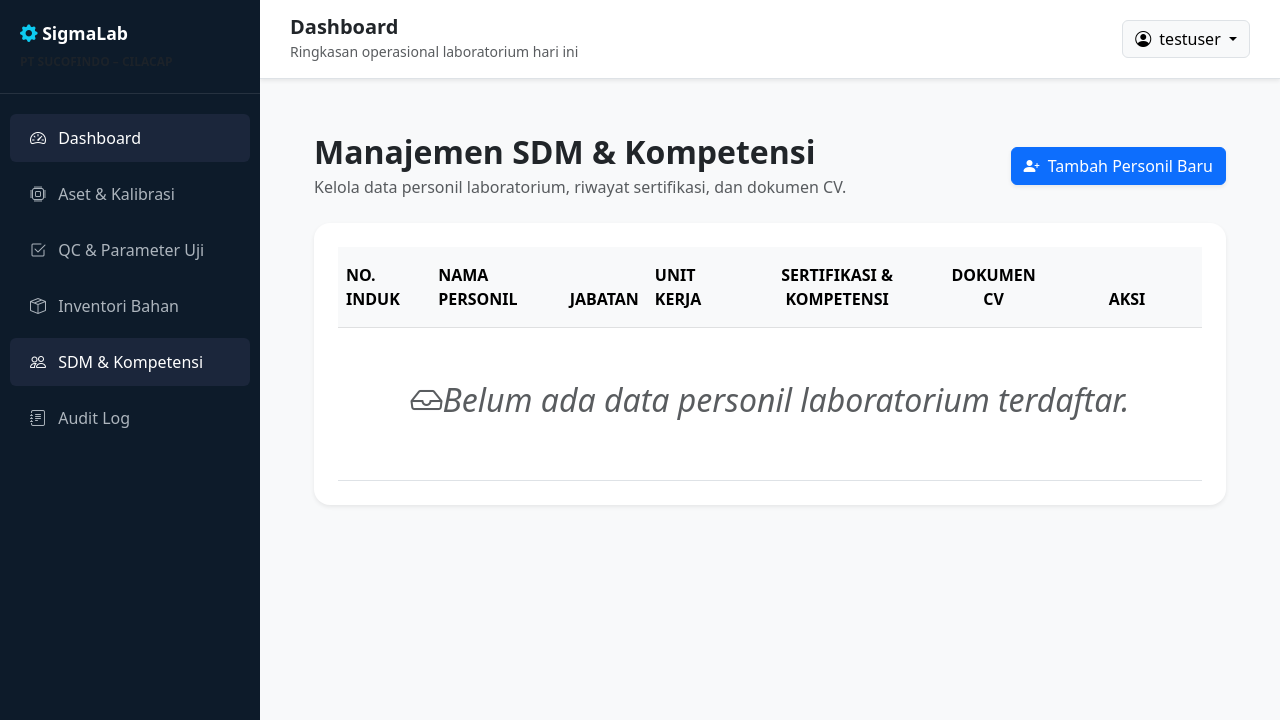
Repository: amelianeesa/sigmalab
Page: http://localhost/sdm?status=nonaktif
These files come from the project's save history. The page is drawn as it stood at one moment and after the next save; the edit follows.
The browser window is 1280 px wide. The pictures show the whole page.
The page is served by the project's Laravel application, run on PHP 8.4 with Laravel 12. A made-up administrator, Test User (test@example.com), is signed in. Other server files are loaded and not shown. Queries for data that is not in the repository find no rows.

Above is the page before, as saved 2026-08-05 14:07:13.

### routes/web.php
<?php

use Illuminate\Support\Facades\Route;
use App\Http\Controllers\AuthController;
use App\Http\Controllers\SdmController;

Route::get('/', [AuthController::class, 'showLogin']);
Route::get('/login', [AuthController::class, 'showLogin'])->name('login');
Route::post('/login', [AuthController::class, 'processLogin'])->name('login.process');

Route::get('/register', [AuthController::class, 'showRegister'])->name('register');
Route::post('/register', [AuthController::class, 'processRegister'])->name('register.process');

Route::post('/logout', [AuthController::class, 'logout'])->name('logout');

Route::middleware(['auth'])->group(function () {

    Route::get('/dashboard', function () {
        return view('dashboard-index');
    })->name('dashboard');

    Route::get('/sdm', [SdmController::class, 'index'])->name('sdm.index');
    Route::get('/sdm/create', [SdmController::class, 'create'])->name('sdm.create');
    Route::post('/sdm', [SdmController::class, 'store'])->name('sdm.store');
    Route::get('/sdm/{id}/edit', [SdmController::class, 'edit'])->name('sdm.edit');
    Route::put('/sdm/{id}', [SdmController::class, 'update'])->name('sdm.update');
    Route::delete('/sdm/{id}', [SdmController::class, 'destroy'])->name('sdm.destroy');

    Route::get('/sdm/{id}/kompetensi', [SdmController::class, 'kompetensiDetail'])->name('sdm.kompetensi.detail');
    Route::get('/sdm/{id}/cv', [SdmController::class, 'showCv'])->name('sdm.cv');
});

### app/Models/User.php
<?php

namespace App\Models;

use Illuminate\Database\Eloquent\Factories\HasFactory;
use Illuminate\Foundation\Auth\User as Authenticatable;
use Illuminate\Notifications\Notifiable;

class User extends Authenticatable
{
    use HasFactory, Notifiable;

    protected $table = 'users';
    protected $primaryKey = 'users_id';

    protected $fillable = [
        'personil_id',
        'username',
        'email',
        'password',
        'role_id',
        'status_aktif',
    ];

    protected $hidden = [
        'password',
    ];

    public function personil()
    {
        return $this->belongsTo(Personil::class, 'personil_id', 'personil_id');
    }

    public function role()
    {
        return $this->belongsTo(Role::class, 'role_id', 'roles_id');
    }
}

### app/Http/Controllers/SdmController.php
<?php
namespace App\Http\Controllers;

use Illuminate\Http\Request;
use App\Models\Personil; // Sesuaikan dengan model Anda
use App\Models\KompetensiPersonil;
use Illuminate\Support\Facades\Storage;

class SdmController extends Controller
{
    public function index()
    {
        $personil = Personil::where('status_aktif', true)->get();
        return view('sdm.index', compact('personil'));
    }

    public function create()
    {
        return view('sdm.create');
    }

    public function store(Request $request)
    {
        $request->validate([
            'no_induk' => 'required|unique:personil,no_induk',
            'nama' => 'required|string|max:100',
            'jabatan' => 'required|string|max:100',
            'unit_kerja' => 'required|string|max:100',
            'file_cv' => 'nullable|mimes:pdf|max:2048',
        ]);

        $cvName = null;
        if ($request->hasFile('file_cv')) {
            $cvName = time() . '_' . $request->file_cv->getClientOriginalName();
            $request->file_cv->storeAs('public/uploads/cv', $cvName);
        }

        Personil::create([
            'no_induk' => $request->no_induk,
            'nama' => $request->nama,
            'jabatan' => $request->jabatan,
            'unit_kerja' => $request->unit_kerja,
            'file_cv' => $cvName,
            'status_aktif' => true,
        ]);

        return redirect()->route('sdm.index')->with('success', 'Data personil berhasil ditambahkan.');
    }

    public function edit($id)
    {
        $personil = Personil::findOrFail($id);
        return view('sdm.edit', compact('personil'));
    }

    public function update(Request $request, $id)
    {
        $personil = Personil::findOrFail($id);

        $request->validate([
            'no_induk' => 'required|unique:personil,no_induk,' . $id . ',personil_id',
            'nama' => 'required|string|max:100',
            'jabatan' => 'required|string|max:100',
            'unit_kerja' => 'required|string|max:100',
            'file_cv' => 'nullable|mimes:pdf|max:2048',
        ]);

        if ($request->hasFile('file_cv')) {
            if ($personil->file_cv && Storage::exists('public/uploads/cv/' . $personil->file_cv)) {
                Storage::delete('public/uploads/cv/' . $personil->file_cv);
            }
            $cvName = time() . '_' . $request->file_cv->getClientOriginalName();
            $request->file_cv->storeAs('public/uploads/cv', $cvName);
            $personil->file_cv = $cvName;
        }

        $personil->update([
            'no_induk' => $request->no_induk,
            'nama' => $request->nama,
            'jabatan' => $request->jabatan,
            'unit_kerja' => $request->unit_kerja,
        ]);

        return redirect()->route('sdm.index')->with('success', 'Data personil berhasil diperbarui.');
    }

    public function destroy($id)
    {
        $personil = Personil::findOrFail($id);
        // Soft delete sesuai rancangan database
        $personil->update(['status_aktif' => false]);

        return redirect()->route('sdm.index')->with('success', 'Data personil dinonaktifkan (Soft Delete).');
    }

    public function kompetensiDetail($id)
    {
        $personil = Personil::with('kompetensi')->findOrFail($id); // Asumsi relasi 'kompetensi' ada di Model Personil
        return view('sdm.kompetensi_detail', compact('personil'));
    }

    public function showCv($id)
{
    $personil = Personil::findOrFail($id);


    $cvUrl = $personil->file_cv ? asset('storage/uploads/cv/' . $personil->file_cv) : null;

    return view('sdm.cv_view', compact('personil', 'cvUrl'));
}
}

### app/Models/Personil.php
<?php

namespace App\Models;

use Illuminate\Database\Eloquent\Factories\HasFactory;
use Illuminate\Database\Eloquent\Model;
use App\Models\KompetensiPersonil; // Memanggil model KompetensiPersonil yang ada di folder

class Personil extends Model
{
    use HasFactory;

    protected $table = 'personil';
    protected $primaryKey = 'personil_id';

    protected $fillable = [
        'nama',
        'jabatan',
        'unit_kerja',
        'no_induk',
        'file_cv',
        'status_aktif',
    ];

    public function kompetensi()
    {
        return $this->hasMany(KompetensiPersonil::class, 'personil_id', 'personil_id');
    }
}

### resources/views/sdm/index.blade.php
@extends('layouts.app')

@section('content')
<div class="container-fluid px-4 py-4">
    <!-- Header Page -->
    <div class="d-flex justify-content-between align-items-center mb-4">
        <div>
            <h2 class="fw-bold text-dark mb-1">Manajemen SDM & Kompetensi</h2>
            <p class="text-muted mb-0">Kelola data personil laboratorium, riwayat sertifikasi, dan dokumen CV.</p>
        </div>
        <div>
            <a href="{{ route('sdm.create') }}" class="btn btn-primary shadow-sm">
                <i class="bi bi-person-plus-fill me-1"></i> Tambah Personil Baru
            </a>
        </div>
    </div>

    @if(session('success'))
        <div class="alert alert-success alert-dismissible fade show shadow-sm" role="alert">
            <i class="bi bi-check-circle-fill me-2"></i> {{ session('success') }}
            <button type="button" class="btn-close" data-bs-dismiss="alert" aria-label="Close"></button>
        </div>
    @endif

    <!-- Card Tabel Data -->
    <div class="card border-0 shadow-sm rounded-4">
        <div class="card-body p-4">
            <div class="table-responsive">
                <table class="table table-hover align-middle mb-0">
                    <thead class="table-light text-uppercase fs-7 text-secondary">
                        <tr>
                            <th class="py-3">No. Induk</th>
                            <th class="py-3">Nama Personil</th>
                            <th class="py-3">Jabatan</th>
                            <th class="py-3">Unit Kerja</th>
                            <th class="py-3 text-center">Sertifikasi & Kompetensi</th>
                            <th class="py-3 text-center">Dokumen CV</th>
                            <th class="py-3 text-center" style="width: 150px;">Aksi</th>
                        </tr>
                    </thead>
                    <tbody>
                        @forelse($personil as $row)
                        <tr>
                            <td class="fw-semibold text-dark">{{ $row->no_induk }}</td>
                            <td>
                                <div class="d-flex align-items-center">
                                    <div class="avatar-initial rounded-circle bg-light-primary text-primary fw-bold me-2 d-flex align-items-center justify-content-center" style="width: 35px; height: 35px; font-size: 14px; background: #e3f2fd;">
                                        {{ substr($row->nama, 0, 1) }}
                                    </div>
                                    <div>
                                        <span class="fw-bold text-dark d-block">{{ $row->nama }}</span>
                                    </div>
                                </div>
                            </td>
                            <td><span class="badge bg-light text-dark border">{{ $row->jabatan }}</span></td>
                            <td><span class="text-muted">{{ $row->unit_kerja }}</span></td>
                            <td class="text-center">
                                <a href="{{ route('sdm.kompetensi.detail', $row->personil_id) }}" class="btn btn-sm btn-outline-info px-3 rounded-pill">
                                    <i class="bi bi-award me-1"></i> Lihat Detail
                                </a>
                            </td>
                            <td class="text-center">
                                @if($row->file_cv)
                                    <a href="{{ route('sdm.cv', $row->personil_id) }}" class="btn btn-sm btn-outline-primary px-3 rounded-pill" target="_blank">
                                        <i class="bi bi-file-earmark-pdf-fill me-1"></i> Buka CV
                                    </a>
                                @else
                                    <span class="badge bg-secondary-subtle text-secondary">Belum Diunggah</span>
                                @endif
                            </td>
                            <td class="text-center">
                                <div class="btn-group" role="group">
                                    <a href="{{ route('sdm.edit', $row->personil_id) }}" class="btn btn-sm btn-light text-warning" title="Edit Data">
                                        <i class="bi bi-pencil-square fs-6"></i>
                                    </a>
                                    <form action="{{ route('sdm.destroy', $row->personil_id) }}" method="POST" class="d-inline" onsubmit="return confirm('Apakah Anda yakin ingin menonaktifkan personil ini?')">
                                        @csrf
                                        @method('DELETE')
                                        <button type="submit" class="btn btn-sm btn-light text-danger" title="Hapus / Nonaktifkan">
                                            <i class="bi bi-trash-fill fs-6"></i>
                                        </button>
                                    </form>
                                </div>
                            </td>
                        </tr>
                        @empty
                        <tr>
                            <td colspan="7" class="text-center py-5 text-muted">
                                <i class="bi bi-inbox fs-2 d-block mb-2"><span>Belum ada data personil laboratorium terdaftar.</span></i>
                            </td>
                        </tr>
                        @endforelse
                    </tbody>
                </table>
            </div>
        </div>
    </div>
</div>
@endsection

### resources/views/layouts/app.blade.php
<!DOCTYPE html>
<html lang="id">

<head>
    <meta charset="UTF-8">
    <title>Dashboard - SIGMALAB Sucofindo</title>
    <link href="https://cdn.jsdelivr.net/npm/bootstrap@5.3.0/dist/css/bootstrap.min.css" rel="stylesheet">
    <link href="https://cdn.jsdelivr.net/npm/bootstrap-icons@1.10.5/font/bootstrap-icons.css" rel="stylesheet">
    <style>
        body {
            background-color: #f8f9fa;
        }

        /* Sidebar Styling */
        #sidebar {
            min-height: 100vh;
            background-color: #0d1b2a;
            color: #fff;
            width: 260px;
            position: fixed;
            top: 0;
            left: 0;
            z-index: 100;
        }

        #sidebar .brand {
            padding: 20px;
            font-weight: bold;
            font-size: 1.1rem;
            border-bottom: 1px solid rgba(255, 255, 255, 0.1);
        }

        #sidebar .nav-link {
            color: #adb5bd;
            padding: 12px 20px;
            margin: 4px 10px;
            border-radius: 6px;
        }

        #sidebar .nav-link:hover,
        #sidebar .nav-link.active {
            color: #fff;
            background-color: #1b263b;
        }

        /* Main Content Styling */
        #content {
            margin-left: 260px;
            padding: 30px;
        }

        .top-navbar {
            background: #fff;
            padding: 15px 30px;
            border-bottom: 1px solid #dee2e6;
            margin-left: 260px;
            display: flex;
            justify-content: space-between;
            align-items: center;
        }
    </style>
</head>

<body>

    <!-- Sidebar -->
    <div id="sidebar" class="d-flex flex-column">
        <div class="brand">
            <i class="bi bi-gear-fill text-info"></i> SigmaLab<br>
            <small class="text-muted" style="font-size: 0.75rem;">PT SUCOFINDO – CILACAP</small>
        </div>
        <ul class="nav flex-column mt-3">
            <li class="nav-item">
                <a href="{{ route('dashboard') }}" class="nav-link active"><i class="bi bi-speedometer2 me-2"></i>
                    Dashboard</a>
            </li>
            <li class="nav-item">
                <a href="#" class="nav-link"><i class="bi bi-cpu me-2"></i> Aset & Kalibrasi</a>
            </li>
            <li class="nav-item">
                <a href="#" class="nav-link"><i class="bi bi-check2-square me-2"></i> QC & Parameter Uji</a>
            </li>
            <li class="nav-item">
                <a href="#" class="nav-link"><i class="bi bi-box-seam me-2"></i> Inventori Bahan</a>
            </li>
            <li class="nav-item">
                <a href="{{ route('sdm.index') }}" class="nav-link {{ request()->routeIs('sdm*') ? 'active' : '' }}">
                    <i class="bi bi-people me-2"></i> SDM & Kompetensi
                </a>
            </li>
            <li class="nav-item">
                <a href="#" class="nav-link"><i class="bi bi-journal-text me-2"></i> Audit Log</a>
            </li>
        </ul>
    </div>

    <!-- Top Navbar -->
    <div class="top-navbar shadow-sm">
        <div>
            <h5 class="mb-0 fw-bold">Dashboard</h5>
            <small class="text-muted">Ringkasan operasional laboratorium hari ini</small>
        </div>
        <div class="dropdown">
            <button class="btn btn-light dropdown-toggle border" type="button" data-bs-toggle="dropdown">
                <i class="bi bi-person-circle me-1"></i> {{ Auth::user()->username ?? 'Admin' }}
            </button>
            <ul class="dropdown-menu dropdown-menu-end">
                <li>
                    <form action="{{ route('logout') }}" method="POST">
                        @csrf
                        <button type="submit" class="dropdown-item text-danger"><i
                                class="bi bi-box-arrow-right me-2"></i> Logout</button>
                    </form>
                </li>
            </ul>
        </div>
    </div>

    <!-- Main Content -->
    <div id="content">
        @yield('content')
    </div>

    <script src="https://cdn.jsdelivr.net/npm/bootstrap@5.3.0/dist/js/bootstrap.bundle.min.js"></script>
</body>

</html>

Loaded but not shown: app/Http/Controllers/Controller.php (common file)

After the next save:
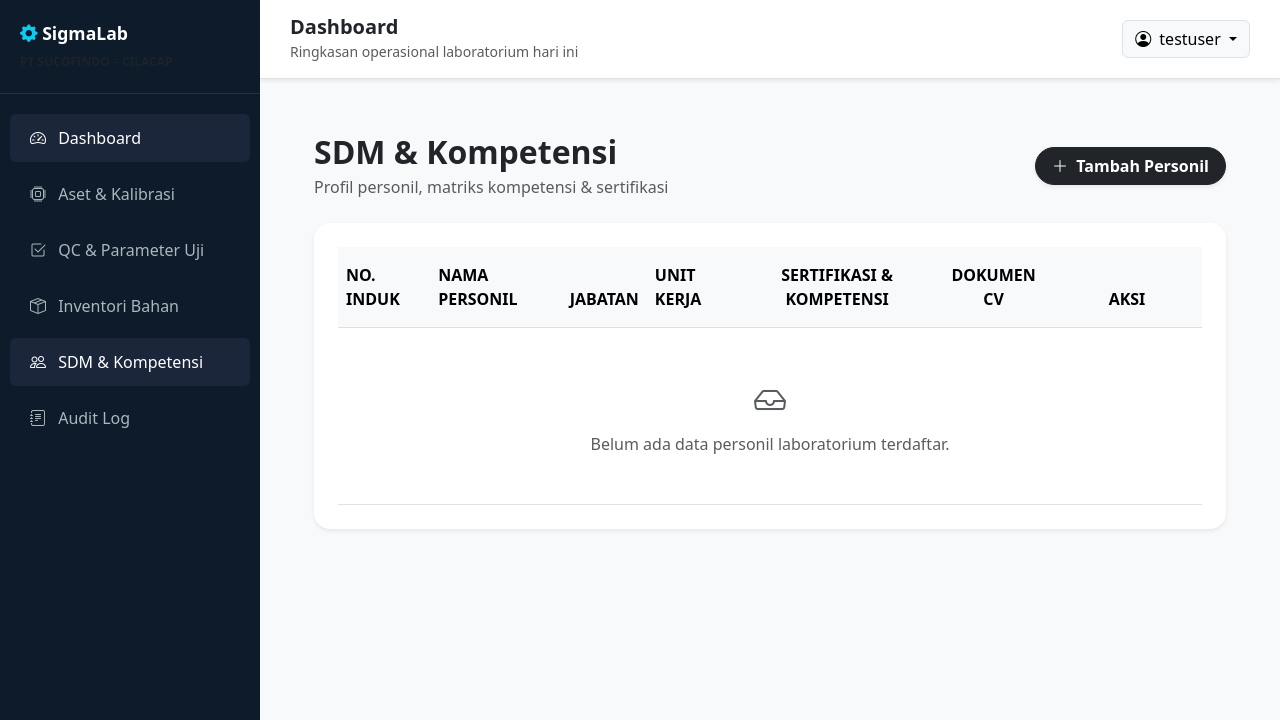
Saved 44 s later.
--- a/resources/views/sdm/index.blade.php
+++ b/resources/views/sdm/index.blade.php
@@ -5,13 +5,14 @@
     <!-- Header Page -->
     <div class="d-flex justify-content-between align-items-center mb-4">
         <div>
-            <h2 class="fw-bold text-dark mb-1">Manajemen SDM & Kompetensi</h2>
-            <p class="text-muted mb-0">Kelola data personil laboratorium, riwayat sertifikasi, dan dokumen CV.</p>
+            <h2 class="fw-bold text-dark mb-1">SDM & Kompetensi</h2>
+            <p class="text-muted mb-0">Profil personil, matriks kompetensi & sertifikasi</p>
         </div>
         <div>
-            <a href="{{ route('sdm.create') }}" class="btn btn-primary shadow-sm">
-                <i class="bi bi-person-plus-fill me-1"></i> Tambah Personil Baru
-            </a>
+            <!-- Tombol Pemicu Modal -->
+            <button type="button" class="btn btn-dark shadow-sm px-3 fw-semibold rounded-pill" data-bs-toggle="modal" data-bs-target="#modalTambahPersonil">
+                <i class="bi bi-plus-lg me-1"></i> Tambah Personil
+            </button>
         </div>
     </div>
 
@@ -86,7 +87,7 @@
                         @empty
                         <tr>
                             <td colspan="7" class="text-center py-5 text-muted">
-                                <i class="bi bi-inbox fs-2 d-block mb-2"><span>Belum ada data personil laboratorium terdaftar.</span></i>
+                                <i class="bi bi-inbox fs-2 d-block mb-2"></i>Belum ada data personil laboratorium terdaftar.
                             </td>
                         </tr>
                         @endforelse
@@ -96,4 +97,52 @@
         </div>
     </div>
 </div>
+
+<!-- ================= MODAL TAMBAH PERSONIL ================= -->
+<div class="modal fade" id="modalTambahPersonil" tabindex="-1" aria-labelledby="modalTambahPersonilLabel" aria-hidden="true">
+    <div class="modal-dialog modal-dialog-centered modal-lg">
+        <div class="modal-content border-0 shadow-lg rounded-4 overflow-hidden">
+            <div class="modal-header bg-dark text-white px-4 py-3">
+                <h5 class="modal-title fw-bold" id="modalTambahPersonilLabel">Tambah Personil Baru</h5>
+                <button type="button" class="btn-close btn-close-white" data-bs-dismiss="modal" aria-label="Close"></button>
+            </div>
+
+            <form action="{{ route('sdm.store') }}" method="POST" enctype="multipart/form-data">
+                @csrf
+                <div class="modal-body p-4 bg-white">
+                    <div class="mb-3">
+                        <label class="form-label fw-semibold text-dark">No. Induk Pegawai</label>
+                        <input type="text" name="no_induk" class="form-control" value="{{ old('no_induk') }}" placeholder="Contoh: 199802..." required>
+                    </div>
+
+                    <div class="mb-3">
+                        <label class="form-label fw-semibold text-dark">Nama Lengkap & Gelar</label>
+                        <input type="text" name="nama" class="form-control" value="{{ old('nama') }}" placeholder="Contoh: Dr. Ahmad, S.Si." required>
+                    </div>
+
+                    <div class="row">
+                        <div class="col-md-6 mb-3">
+                            <label class="form-label fw-semibold text-dark">Jabatan / Posisi</label>
+                            <input type="text" name="jabatan" class="form-control" value="{{ old('jabatan') }}" placeholder="Contoh: Analis Lab Kimia" required>
+                        </div>
+                        <div class="col-md-6 mb-3">
+                            <label class="form-label fw-semibold text-dark">Unit Kerja / Lab</label>
+                            <input type="text" name="unit_kerja" class="form-control" value="{{ old('unit_kerja') }}" placeholder="Contoh: Lab Pengujian & Preparasi" required>
+                        </div>
+                    </div>
+
+                    <div class="mb-3">
+                        <label class="form-label fw-semibold text-dark">Unggah Dokumen CV <span class="text-muted fw-normal">(Format PDF, Maks. 2MB)</span></label>
+                        <input type="file" name="file_cv" class="form-control" accept=".pdf">
+                    </div>
+                </div>
+
+                <div class="modal-footer bg-light px-4 py-3 border-0">
+                    <button type="button" class="btn btn-light border px-4 text-secondary fw-semibold" data-bs-dismiss="modal">Batal</button>
+                    <button type="submit" class="btn btn-dark px-4 fw-semibold shadow-sm">Simpan</button>
+                </div>
+            </form>
+        </div>
+    </div>
+</div>
 @endsection
